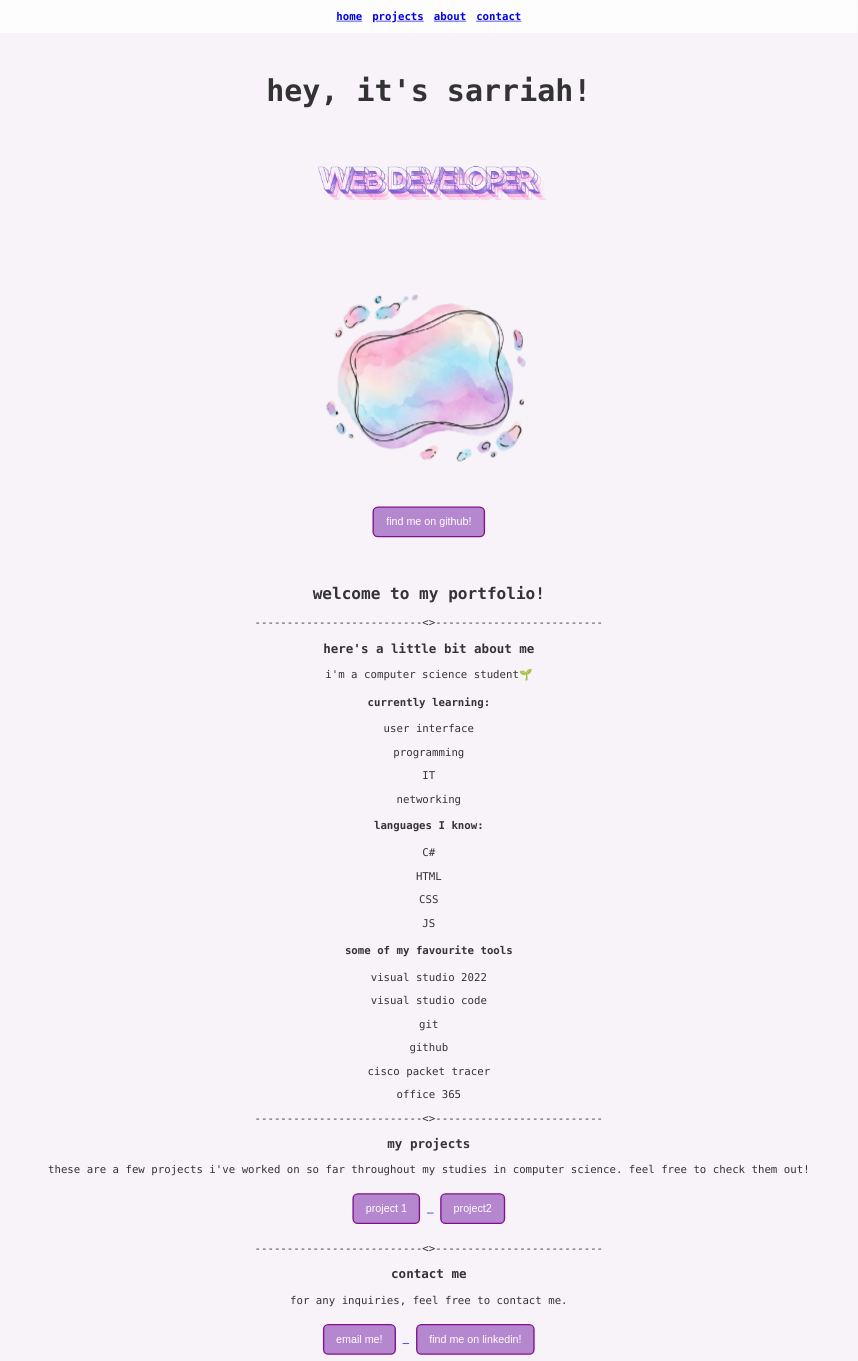
Repository: sarriah/sarriah
Page: homepage.html
An editor plug-in stored every save of this project. The page is shown before and after the next save, followed by the edit.
The browser window is 1280 px wide. The pictures show the whole page, at 67% of full size.

Above is the page before, as saved 2026-05-15 19:34:56.

After the next save:
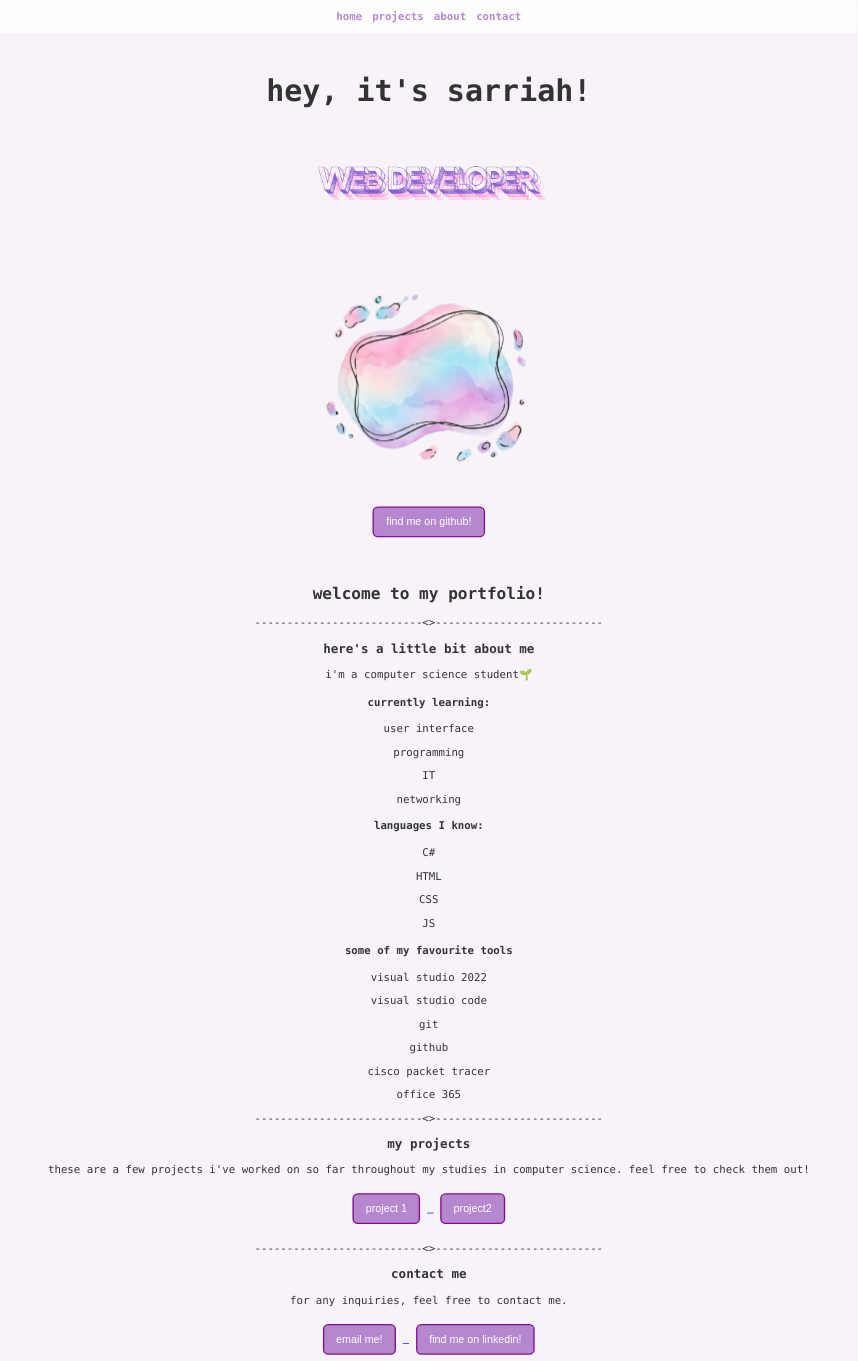
Saved 29 s later.
--- a/styles/index.css
+++ b/styles/index.css
@@ -57,6 +57,12 @@ nav {
     font-size: 16px;
 }
 
+nav a {
+    font: inherit;
+    color: inherit;
+    text-decoration: none;
+}
+
 
 
 
